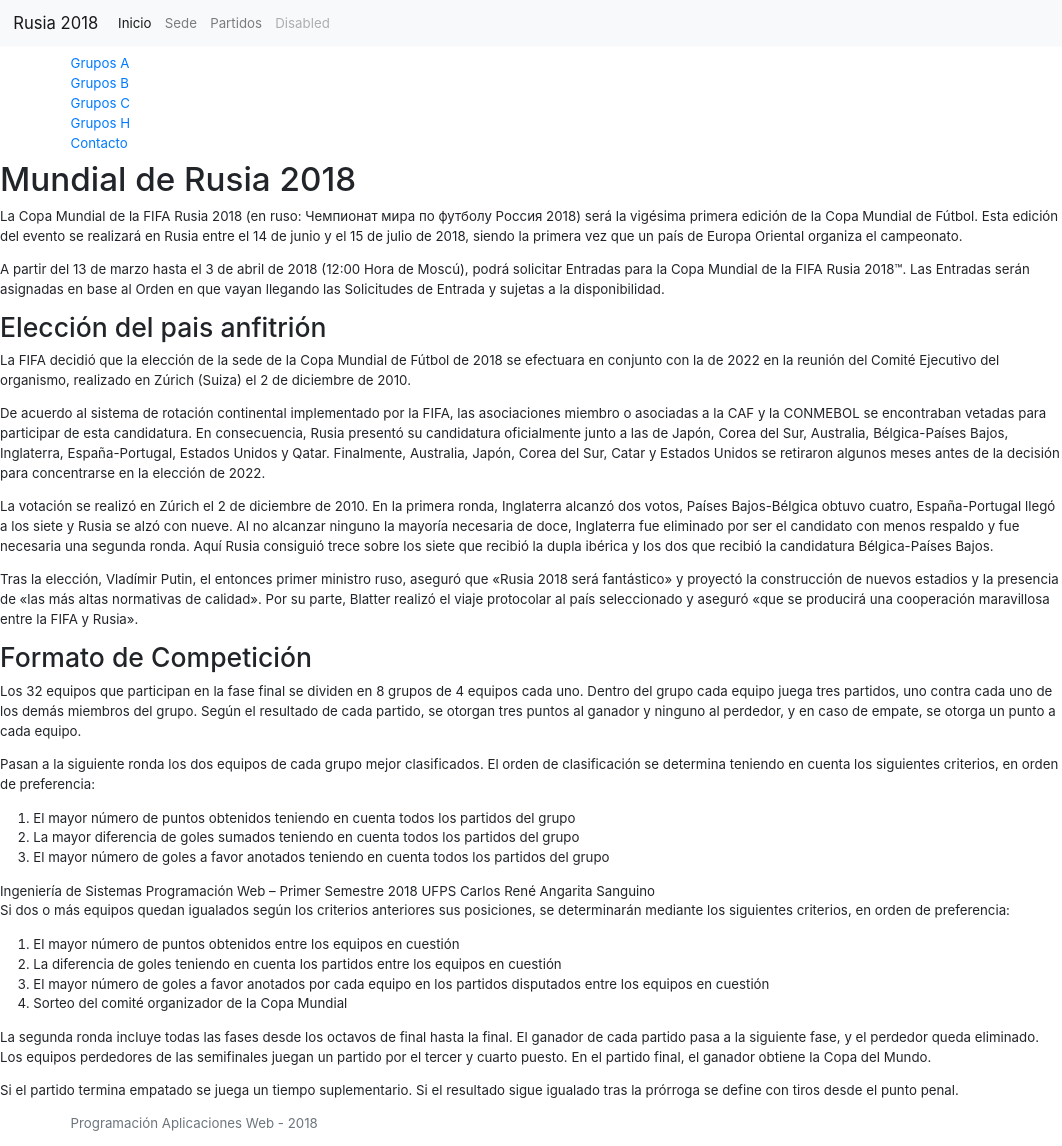
Repository: AndreyRi13/PracticaBootstrap
Page: index.html
These files come from the project's save history. The page is drawn as it stood at one moment and after a run of saves; the edit follows.
The browser window is 1280 px wide. The pictures show the whole page, at 83% of full size.

Above is the page before, as saved 2020-09-24 16:32:26.
Console error (its wording comes from the project's code and is left out).

After the next 2 saves:
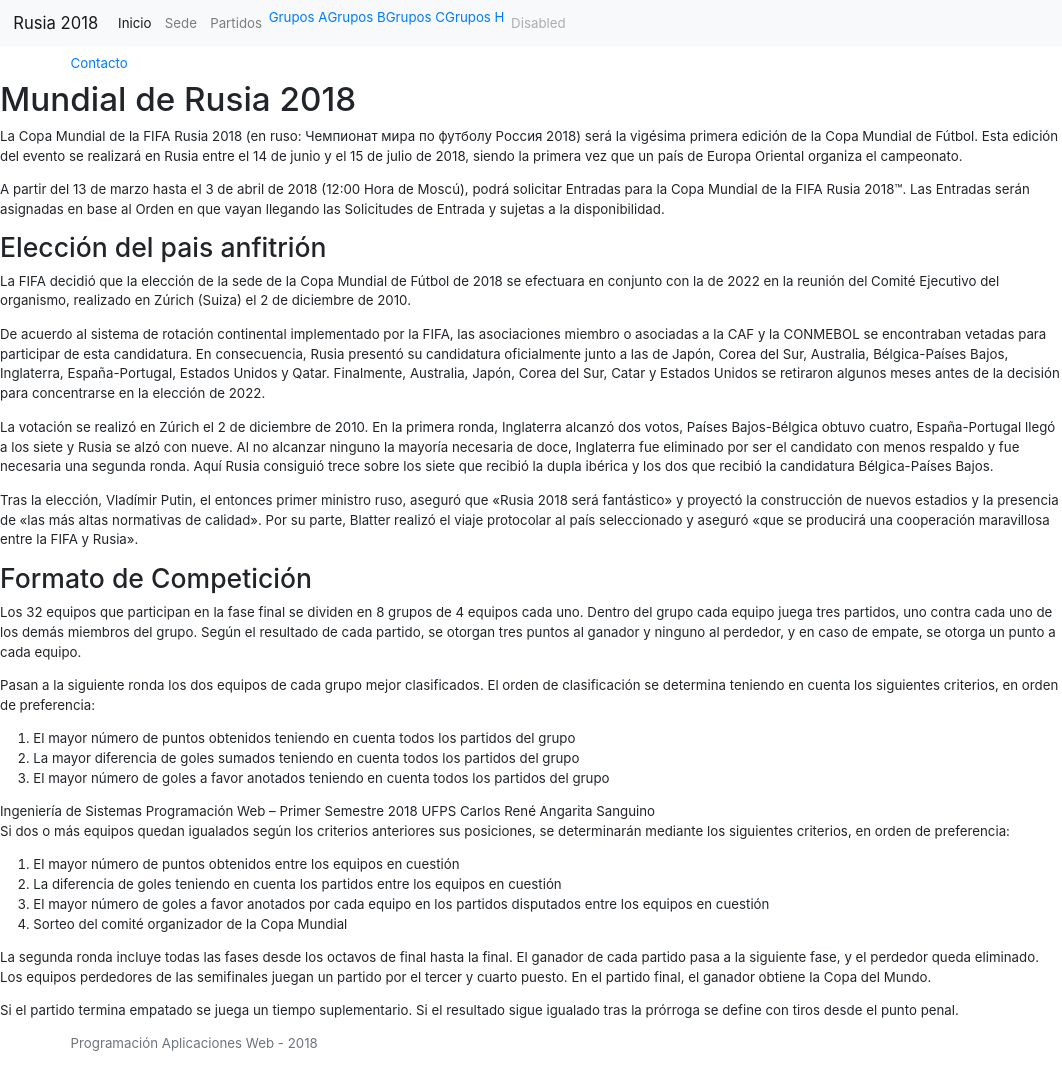
The 2 saves are shown as one change because they came seconds apart.
The last was saved 13 s later.
--- a/index.html
+++ b/index.html
@@ -31,7 +31,19 @@
             <li class="nav-item">
               <a class="nav-link" href="#">Partidos</a>
             </li>
+            <li ><a href="#">Grupos A</a></li>
+            <li ><a href="#">Grupos B</a></li>
+            <li ><a href="#">Grupos C</a></li>
+            <li ><a href="#" class="">Grupos H</a>
 
+                <ul class="dropdown-menu">
+                    <li><a href="#">Polonia</a></li>
+                    <li><a href="#">Senegal</a></li>
+                    <li><a href="#">Colombia</a></li>
+                    <li><a href="#">Japon</a></li>
+
+                </ul>
+            </li>
             <li class="nav-item">
               <a class="nav-link disabled" href="#" tabindex="-1" aria-disabled="true">Disabled</a>
             </li>
@@ -46,19 +58,7 @@
 
 
 
-        <li ><a href="#">Grupos A</a></li>
-        <li ><a href="#">Grupos B</a></li>
-        <li ><a href="#">Grupos C</a></li>
-        <li ><a href="#" class="">Grupos H</a>
 
-            <ul class="dropdown-menu">
-                <li><a href="#">Polonia</a></li>
-                <li><a href="#">Senegal</a></li>
-                <li><a href="#">Colombia</a></li>
-                <li><a href="#">Japon</a></li>
-
-            </ul>
-        </li>
 
         <li ><a href="#">Contacto</a></li>
         </ul>
